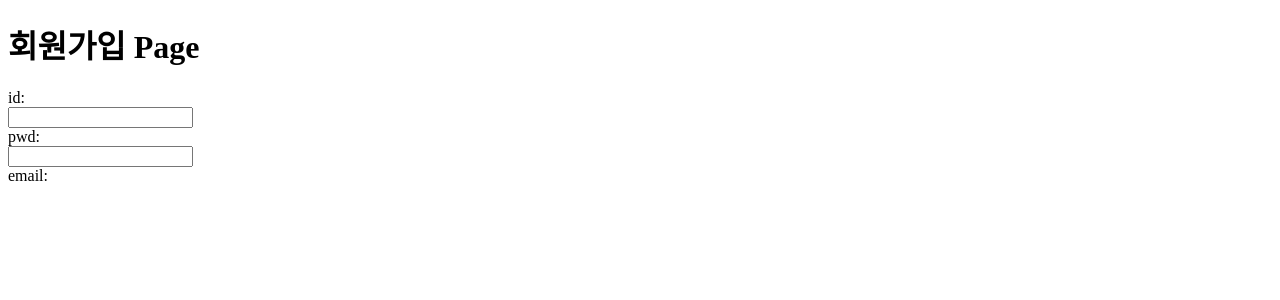
Repository: csk3830/jsp
Page: http://localhost/jsp_study/member/join.jsp
These files come from the project's save history. The page is drawn as it stood at one moment and after a run of saves; the edit follows.
The browser window is 1280 px wide. The pictures show the whole page.
The page is served by Tomcat 9.

Above is the page before, as saved 2024-10-25 01:54:06.

After the next 2 saves:
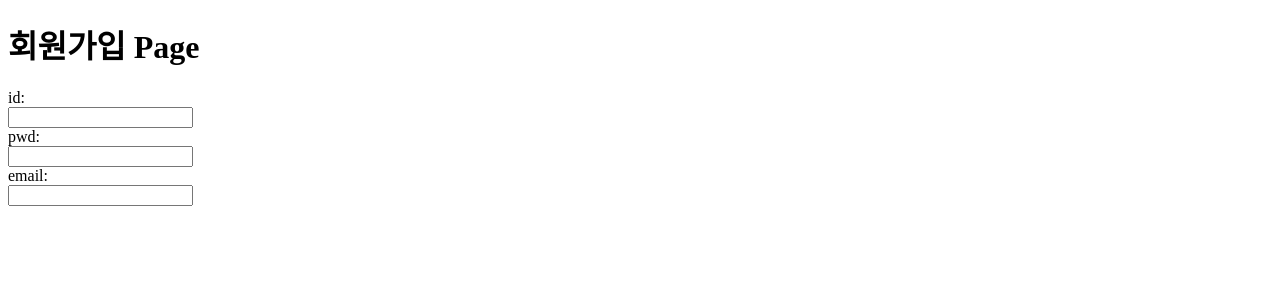
The 2 saves are shown as one change because they came seconds apart.
The last was saved 13 s later.
--- a/jsp_study/src/main/webapp/member/join.jsp
+++ b/jsp_study/src/main/webapp/member/join.jsp
@@ -15,6 +15,7 @@
 		pwd:<br>
 		<input type="password" name="pwd"><br>
 		email:<br>
+		<input type="text" name="email"><br>
 	</form>
 </body>
 </html>
